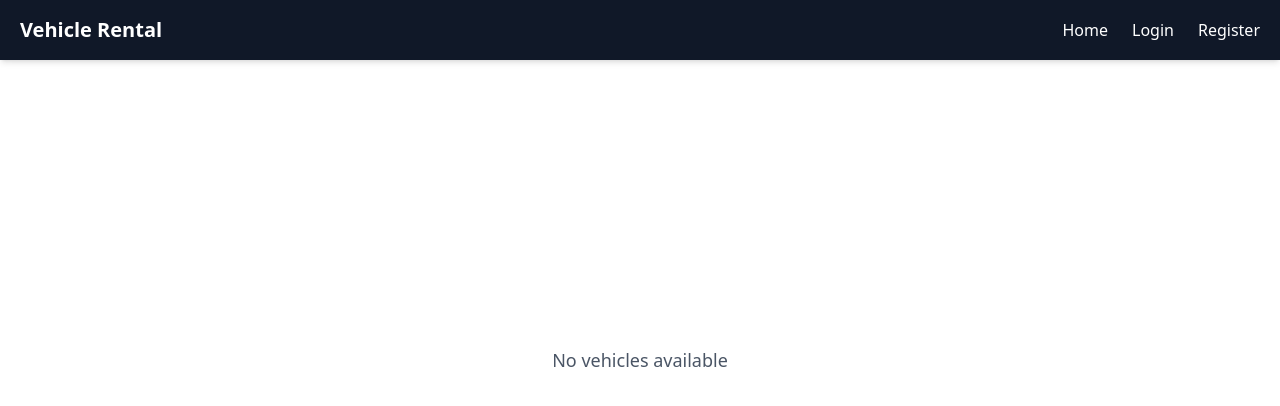
Repository: Sugan-g/vehicle-rental-system
Page: / (app in frontend/)
These files come from the project's save history. The page is drawn as it stood at one moment and after the next save; the edit follows.
The browser window is 1280 px wide. The pictures show the whole page.
The page's requests for data from a server got no answer. The project was rebuilt for these pictures with package versions that can differ from the ones it lists, and the page was loaded fresh each time. No one was signed in, and anything a server would have sent is missing. Also part of the build but not shown: frontend/vite.config.js, frontend/src/components/VehicleCard.jsx, frontend/src/components/BookingForm.jsx, frontend/src/components/ReviewForm.jsx, frontend/src/pages/VehiclePage.jsx, frontend/src/pages/LoginPage.jsx, frontend/src/pages/RegisterPage.jsx, frontend/src/pages/RentalHistoryPage.jsx and 7 more.

Above is the page before, as saved 2025-11-17 10:16:12.

### frontend/index.html
<!doctype html>
<html lang="en">
  <head>
    <meta charset="UTF-8" />
    <link rel="icon" type="image/svg+xml" href="/vite.svg" />
    <meta name="viewport" content="width=device-width, initial-scale=1.0" />
    <title>Vehicle Rental System</title>
        <link rel="stylesheet" href="/src/index.css" />

  </head>
  <body>
    <div id="root"></div>
    <script type="module" src="/src/main.jsx"></script>
  </body>
</html>

### frontend/src/App.jsx
import { BrowserRouter as Router, Routes, Route } from "react-router-dom";
import Navbar from "./components/Navbar.jsx";
import HomePage from "./pages/HomePage.jsx";
import VehiclePage from "./pages/VehiclePage.jsx";
import LoginPage from "./pages/LoginPage.jsx";
import RegisterPage from "./pages/RegisterPage.jsx";
import RentalHistoryPage from "./pages/RentalHistoryPage.jsx";
import AdminPage from "./pages/AdminPage.jsx";
import BookingPage from "./pages/BookingPage.jsx";
import MyBookings from "./pages/MyBookings.jsx";
import EditBooking from "./pages/EditBooking.jsx";
import PrivateRoute from "./components/PrivateRoute.jsx";
import AdminRoute from "./components/AdminRoute.jsx";
import { AuthProvider } from "./context/AuthContext.jsx"; // ✅ import context here

function App() {
  return (
    <AuthProvider> {/* ✅ Move provider here */}
      <Router>
        <Navbar />
        <Routes>
          {/* Public routes */}
          <Route path="/" element={<HomePage />} />
          <Route path="/vehicle/:id" element={<VehiclePage />} />
          <Route path="/login" element={<LoginPage />} />
          <Route path="/register" element={<RegisterPage />} />

          {/* Protected routes (login required) */}
          <Route
            path="/rental-history"
            element={
              <PrivateRoute>
                <RentalHistoryPage />
              </PrivateRoute>
            }
          />
          <Route
            path="/book/:vehicleId"
            element={
              <PrivateRoute>
                <BookingPage />
              </PrivateRoute>
            }
          />
          <Route
            path="/my-bookings"
            element={
              <PrivateRoute>
                <MyBookings />
              </PrivateRoute>
            }
          />
          <Route
            path="/edit-booking/:id"
            element={
              <PrivateRoute>
                <EditBooking />
              </PrivateRoute>
            }
          />

          {/* Admin-only route */}
          <Route
            path="/admin"
            element={
              <AdminRoute>
                <AdminPage />
              </AdminRoute>
            }
          />
        </Routes>
      </Router>
    </AuthProvider>
  );
}

export default App;

### frontend/src/components/Navbar.jsx
import { Link, useNavigate } from "react-router-dom";
import { useState, useEffect } from "react";
import { FiMenu, FiX } from "react-icons/fi";
import { useAuth } from "../context/AuthContext";

export default function Navbar() {
  const navigate = useNavigate();
  const { isLoggedIn, role, logout } = useAuth();
  const [menuOpen, setMenuOpen] = useState(false);
  const [authStatus, setAuthStatus] = useState({ loggedIn: isLoggedIn, role });

  // Sync local state with context (fixes delayed update issue)
  useEffect(() => {
    setAuthStatus({ loggedIn: isLoggedIn, role });
  }, [isLoggedIn, role]);

  const handleLogout = () => {
    logout();
    navigate("/login");
  };

  return (
    <nav className="bg-gray-900 text-white px-5 py-4 shadow-md fixed top-0 left-0 w-full z-50">
      <div className="flex justify-between items-center">
        <Link to="/" className="text-xl font-bold">
          Vehicle Rental
        </Link>

        {/* Mobile Menu Button */}
        <button
          className="md:hidden text-2xl"
          onClick={() => setMenuOpen(!menuOpen)}
        >
          {menuOpen ? <FiX /> : <FiMenu />}
        </button>

        {/* Desktop Menu */}
        <div className="hidden md:flex space-x-6 items-center">
          <Link to="/">Home</Link>

          {authStatus.loggedIn && (
            <>
              <Link to="/my-bookings">My Bookings</Link>
              <Link to="/rental-history">Rental History</Link>
            </>
          )}

          {authStatus.loggedIn && authStatus.role === "admin" && (
            <Link to="/admin" className="text-yellow-400 font-semibold">
              Admin Dashboard
            </Link>
          )}

          {authStatus.loggedIn ? (
            <button
              onClick={handleLogout}
              className="bg-blue-600 px-3 py-1 rounded hover:bg-blue-700 transition"
            >
              Logout
            </button>
          ) : (
            <>
              <Link to="/login">Login</Link>
              <Link to="/register">Register</Link>
            </>
          )}
        </div>
      </div>

      {/* Mobile Dropdown */}
      <div
        className={`md:hidden transition-all duration-300 overflow-hidden ${
          menuOpen ? "max-h-80 mt-3" : "max-h-0"
        }`}
      >
        <div className="bg-gray-800 p-5 rounded-lg flex flex-col space-y-4 text-center">
          <Link to="/" onClick={() => setMenuOpen(false)}>
            Home
          </Link>

          {authStatus.loggedIn && (
            <>
              <Link to="/my-bookings" onClick={() => setMenuOpen(false)}>
                My Bookings
              </Link>
              <Link to="/rental-history" onClick={() => setMenuOpen(false)}>
                Rental History
              </Link>
            </>
          )}

          {authStatus.loggedIn && authStatus.role === "admin" && (
            <Link
              to="/admin"
              onClick={() => setMenuOpen(false)}
              className="text-yellow-400 font-semibold"
            >
              Admin Dashboard
            </Link>
          )}

          {authStatus.loggedIn ? (
            <button
              onClick={() => {
                handleLogout();
                setMenuOpen(false);
              }}
              className="text-red-400 font-semibold"
            >
              Logout
            </button>
          ) : (
            <>
              <Link to="/login" onClick={() => setMenuOpen(false)}>
                Login
              </Link>
              <Link to="/register" onClick={() => setMenuOpen(false)}>
                Register
              </Link>
            </>
          )}
        </div>
      </div>
    </nav>
  );
}

### frontend/src/pages/HomePage.jsx
import { useEffect, useState } from "react";
import API from "../api/api.js";
import VehicleCard from "../components/VehicleCard.jsx";

export default function HomePage() {
    const [vehicles, setVehicles] = useState([]);
    const [loading, setLoading] = useState(true);

    useEffect(() => {
        const fetchVehicles = async () => {
            try {
                const res = await API.get("/vehicles");
                setVehicles(res.data);
            } catch (error) {
                console.error("Error fetching vehicles:", error);
            } finally {
                setLoading(false);
            }
        };
        fetchVehicles();
    }, []);

    if (loading) {
        return (
            <div className="flex justify-center items-center min-h-screen">
                <p className="text-lg font-medium text-gray-600">Loading vehicles...</p>
            </div>
        );
    }

    if (!vehicles.length) {
        return (
            <div className="flex justify-center items-center min-h-screen">
                <p className="text-lg font-medium text-gray-600">No vehicles available</p>
            </div>
        );
    }

    return (
        <div className="max-w-7xl mx-auto px-4 sm:px-6 lg:px-8 py-8">
            <h1 className="text-2xl font-bold mb-6 text-center md:text-left">
                Available Vehicles
            </h1>

            <div className="
                grid gap-6
                grid-cols-1
                sm:grid-cols-2
                lg:grid-cols-3
                xl:grid-cols-4
            ">
                {vehicles.map(vehicle => (
                    <VehicleCard key={vehicle._id} vehicle={vehicle} />
                ))}
            </div>
        </div>
    );
}

### frontend/src/context/AuthContext.jsx
import { createContext, useContext, useState, useEffect } from "react";

const AuthContext = createContext();

export const AuthProvider = ({ children }) => {
  const [isLoggedIn, setIsLoggedIn] = useState(!!localStorage.getItem("token"));
  const [role, setRole] = useState(localStorage.getItem("role") || null);

  useEffect(() => {
    const checkAuth = () => {
      setIsLoggedIn(!!localStorage.getItem("token"));
      setRole(localStorage.getItem("role"));
    };

    window.addEventListener("storage", checkAuth);
    return () => window.removeEventListener("storage", checkAuth);
  }, []);

  const login = (token, role) => {
    localStorage.setItem("token", token);
    localStorage.setItem("role", role);
    setIsLoggedIn(true);
    setRole(role);
  };

  const logout = () => {
    localStorage.removeItem("token");
    localStorage.removeItem("role");
    setIsLoggedIn(false);
    setRole(null);
  };

  return (
    <AuthContext.Provider value={{ isLoggedIn, role, login, logout }}>
      {children}
    </AuthContext.Provider>
  );
};

export const useAuth = () => useContext(AuthContext);

### frontend/src/api/api.js
import axios from "axios";

const API = axios.create({
    baseURL:
        import.meta.env.MODE === "development"
            ? "http://localhost:5000/api" // local backend for dev
            : "https://vehicle-rental-system-pitf.onrender.com/api", // deployed backend (Render)
    withCredentials: true,
    headers: { "Content-Type": "application/json" },
});

//  Attach token if exists
API.interceptors.request.use((req) => {
    const token = localStorage.getItem("token");
    if (token) {
        req.headers.Authorization = `Bearer ${token}`;
    }
    return req;
});

export default API;

Loaded but not shown: frontend/src/index.css (common file); frontend/src/main.jsx (common file)

After the next save:
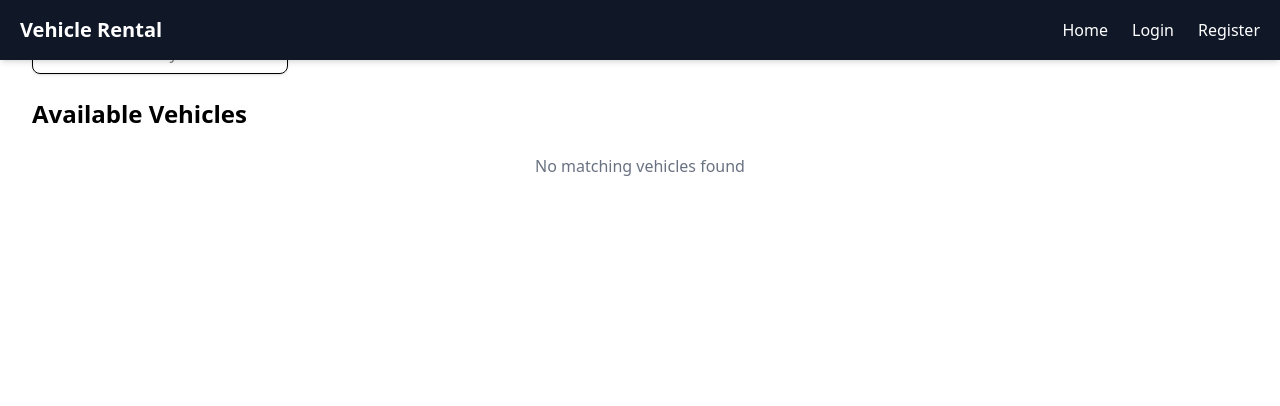
Saved 29 min 37 s later.
--- a/frontend/src/pages/HomePage.jsx
+++ b/frontend/src/pages/HomePage.jsx
@@ -4,13 +4,16 @@ import VehicleCard from "../components/VehicleCard.jsx";
 
 export default function HomePage() {
     const [vehicles, setVehicles] = useState([]);
+    const [filteredVehicles, setFilteredVehicles] = useState([]);
     const [loading, setLoading] = useState(true);
+    const [searchTerm, setSearchTerm] = useState("");
 
     useEffect(() => {
         const fetchVehicles = async () => {
             try {
                 const res = await API.get("/vehicles");
                 setVehicles(res.data);
+                setFilteredVehicles(res.data); // default
             } catch (error) {
                 console.error("Error fetching vehicles:", error);
             } finally {
@@ -20,6 +23,14 @@ export default function HomePage() {
         fetchVehicles();
     }, []);
 
+    // Filter when typing in search box
+    useEffect(() => {
+        const result = vehicles.filter(v =>
+            v.name.toLowerCase().includes(searchTerm.toLowerCase())
+        );
+        setFilteredVehicles(result);
+    }, [searchTerm, vehicles]);
+
     if (loading) {
         return (
             <div className="flex justify-center items-center min-h-screen">
@@ -28,31 +39,42 @@ export default function HomePage() {
         );
     }
 
-    if (!vehicles.length) {
-        return (
-            <div className="flex justify-center items-center min-h-screen">
-                <p className="text-lg font-medium text-gray-600">No vehicles available</p>
-            </div>
-        );
-    }
-
     return (
         <div className="max-w-7xl mx-auto px-4 sm:px-6 lg:px-8 py-8">
+
+            {/* --- Search Box --- */}
+            <div className="flex justify-center md:justify-start mb-6">
+                <input
+                    type="text"
+                    placeholder="Search vehicle by name..."
+                    className="w-full md:w-64 px-4 py-2 border rounded-lg shadow-sm focus:ring-2 focus:ring-blue-500"
+                    value={searchTerm}
+                    onChange={(e) => setSearchTerm(e.target.value)}
+                />
+            </div>
+
             <h1 className="text-2xl font-bold mb-6 text-center md:text-left">
                 Available Vehicles
             </h1>
 
-            <div className="
-                grid gap-6
-                grid-cols-1
-                sm:grid-cols-2
-                lg:grid-cols-3
-                xl:grid-cols-4
-            ">
-                {vehicles.map(vehicle => (
-                    <VehicleCard key={vehicle._id} vehicle={vehicle} />
-                ))}
-            </div>
+            {/* If no filtered results */}
+            {!filteredVehicles.length ? (
+                <p className="text-center text-gray-500">No matching vehicles found</p>
+            ) : (
+                <div
+                    className="
+                        grid gap-6
+                        grid-cols-1
+                        sm:grid-cols-2
+                        lg:grid-cols-3
+                        xl:grid-cols-4
+                    "
+                >
+                    {filteredVehicles.map(vehicle => (
+                        <VehicleCard key={vehicle._id} vehicle={vehicle} />
+                    ))}
+                </div>
+            )}
         </div>
     );
 }
